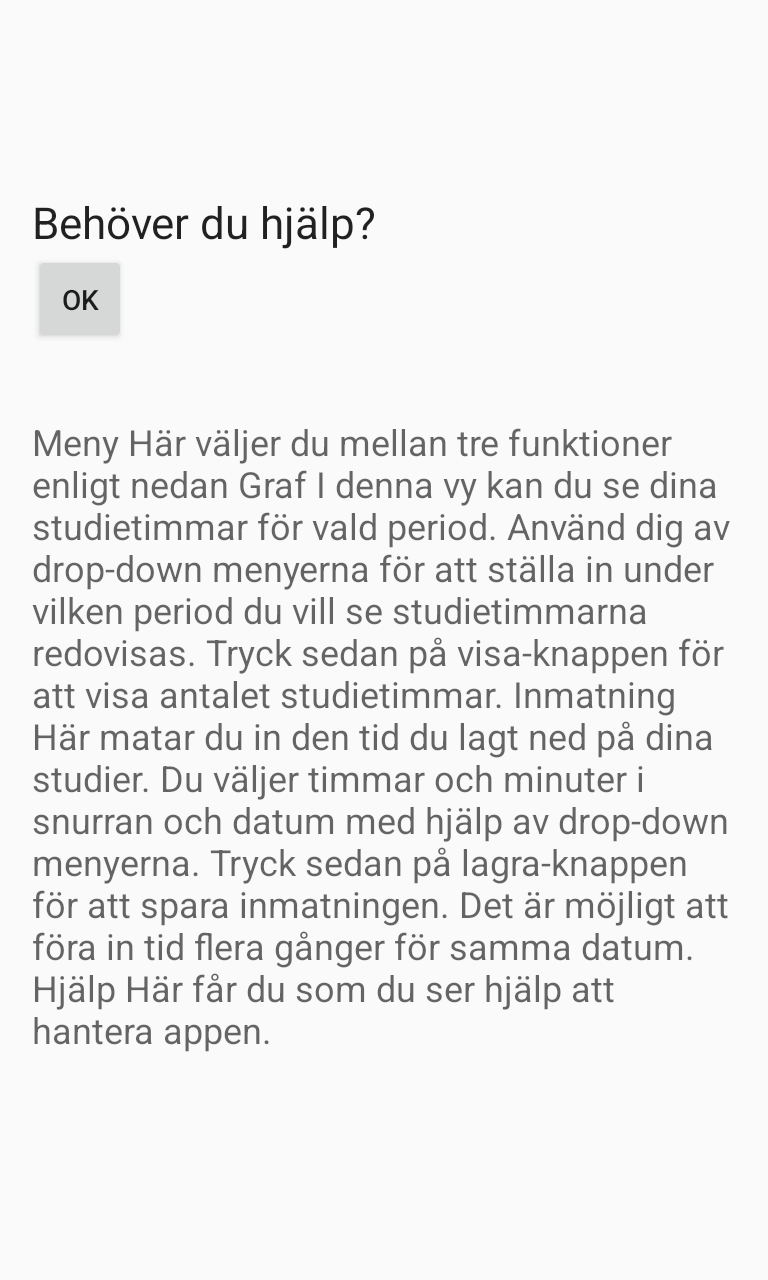
Repository: Dinova/Studiekoll
Layout: Studiekoll/Studiekoll/res/layout/fragment_help.xml
The author's editor kept a copy of each file at every save. The layout is drawn from the files as they stood at one save, then again after the next save.
It is drawn on a 768 x 1280 px phone screen (xhdpi) without system bars, with theme AppTheme; the app's code is not run.

Above is the layout before, as saved 2014-05-16 08:32:40.

### Studiekoll/Studiekoll/res/layout/fragment_help.xml
<LinearLayout xmlns:android="http://schemas.android.com/apk/res/android"
    xmlns:tools="http://schemas.android.com/tools"
    android:layout_width="match_parent"
    android:layout_height="match_parent"
    android:orientation="vertical"
    android:paddingBottom="@dimen/activity_vertical_margin"
    android:paddingLeft="@dimen/activity_horizontal_margin"
    android:paddingRight="@dimen/activity_horizontal_margin"
    android:paddingTop="@dimen/activity_vertical_margin"
    tools:context="com.grupp8DAT255.studiekoll.HelpActivity$PlaceholderFragment" >

    <TextView
        android:id="@+id/textView1"
        android:layout_width="wrap_content"
        android:layout_height="wrap_content"
        android:layout_alignParentTop="true"
        android:layout_centerHorizontal="true"
        android:layout_marginTop="80dp"
        android:text="Behöver du hjälp?"
        android:textAppearance="?android:attr/textAppearanceLarge" />

    <Button
        android:id="@+id/button1"
        style="?android:attr/buttonStyleSmall"
        android:layout_width="wrap_content"
        android:layout_height="wrap_content"
        android:layout_alignParentBottom="true"
        android:layout_centerHorizontal="true"
        android:layout_marginBottom="35dp"
        android:text="OK"
        android:onClick="backToMain"/>

    <TextView
        android:id="@+id/textView2"
        android:layout_width="wrap_content"
        android:layout_height="wrap_content"
        android:layout_centerHorizontal="true"
        android:layout_centerVertical="true"
        android:text="@string/help_text"
        android:textAppearance="?android:attr/textAppearanceMedium"
         />

</LinearLayout>

### Studiekoll/Studiekoll/res/values/strings.xml
<?xml version="1.0" encoding="utf-8"?>
<resources>

    <string name="app_name">Studiekoll</string>
    <string name="action_settings">Settings</string>
    <string name="edit_message">Insert number of hours</string>
    <string name="button_graphics">Graf</string>
    <string name="button_input">Inmatning</string>
    <string name="button_help">Hjälp</string>
    <string name="title_activity_help">Hjälp</string>
    <string name="help_text">
        Meny
        Här väljer du mellan tre funktioner enligt nedan

        Graf
        I denna vy kan du se dina studietimmar för vald period.
        Använd dig av drop-down menyerna för att ställa in under
        vilken period du vill se studietimmarna redovisas.
        Tryck sedan på "visa"-knappen för att visa antalet studietimmar.

        Inmatning
        Här matar du in den tid du lagt ned på dina studier. Du väljer
        timmar och minuter i snurran och datum med hjälp av drop-down
        menyerna. Tryck sedan på "lagra"-knappen för att spara inmatningen.
        Det är möjligt att föra in tid flera gånger för samma datum.

        Hjälp
        Här får du som du ser hjälp att hantera appen.</string>

</resources>

Loaded but not shown: Studiekoll/Studiekoll/res/values/styles.xml (common file); Studiekoll/Studiekoll/res/values-v11/styles.xml (common file); Studiekoll/Studiekoll/res/values-v14/styles.xml (common file); Studiekoll/Studiekoll/res/values/dimens.xml (common file); Studiekoll/Studiekoll/res/values-w820dp/dimens.xml (common file)

After the next save:
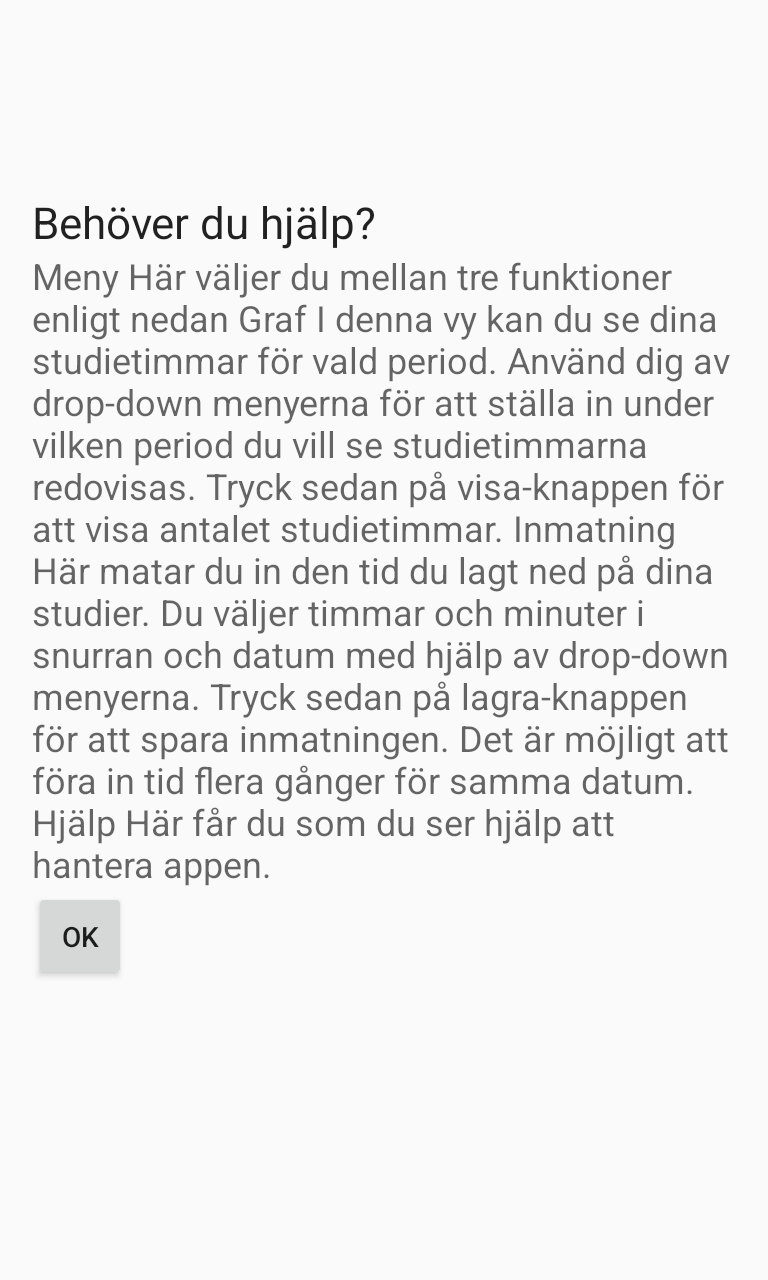
Saved 61 s later.
--- a/Studiekoll/Studiekoll/res/layout/fragment_help.xml
+++ b/Studiekoll/Studiekoll/res/layout/fragment_help.xml
@@ -19,16 +19,7 @@
         android:text="Behöver du hjälp?"
         android:textAppearance="?android:attr/textAppearanceLarge" />
 
-    <Button
-        android:id="@+id/button1"
-        style="?android:attr/buttonStyleSmall"
-        android:layout_width="wrap_content"
-        android:layout_height="wrap_content"
-        android:layout_alignParentBottom="true"
-        android:layout_centerHorizontal="true"
-        android:layout_marginBottom="35dp"
-        android:text="OK"
-        android:onClick="backToMain"/>
+
 
     <TextView
         android:id="@+id/textView2"
@@ -40,4 +31,15 @@
         android:textAppearance="?android:attr/textAppearanceMedium"
          />
 
+     <Button
+        android:id="@+id/button1"
+        style="?android:attr/buttonStyleSmall"
+        android:layout_width="wrap_content"
+        android:layout_height="wrap_content"
+        android:layout_alignParentBottom="true"
+        android:layout_centerHorizontal="true"
+        android:layout_marginBottom="35dp"
+        android:text="OK"
+        android:onClick="backToMain"/>
+
 </LinearLayout>
